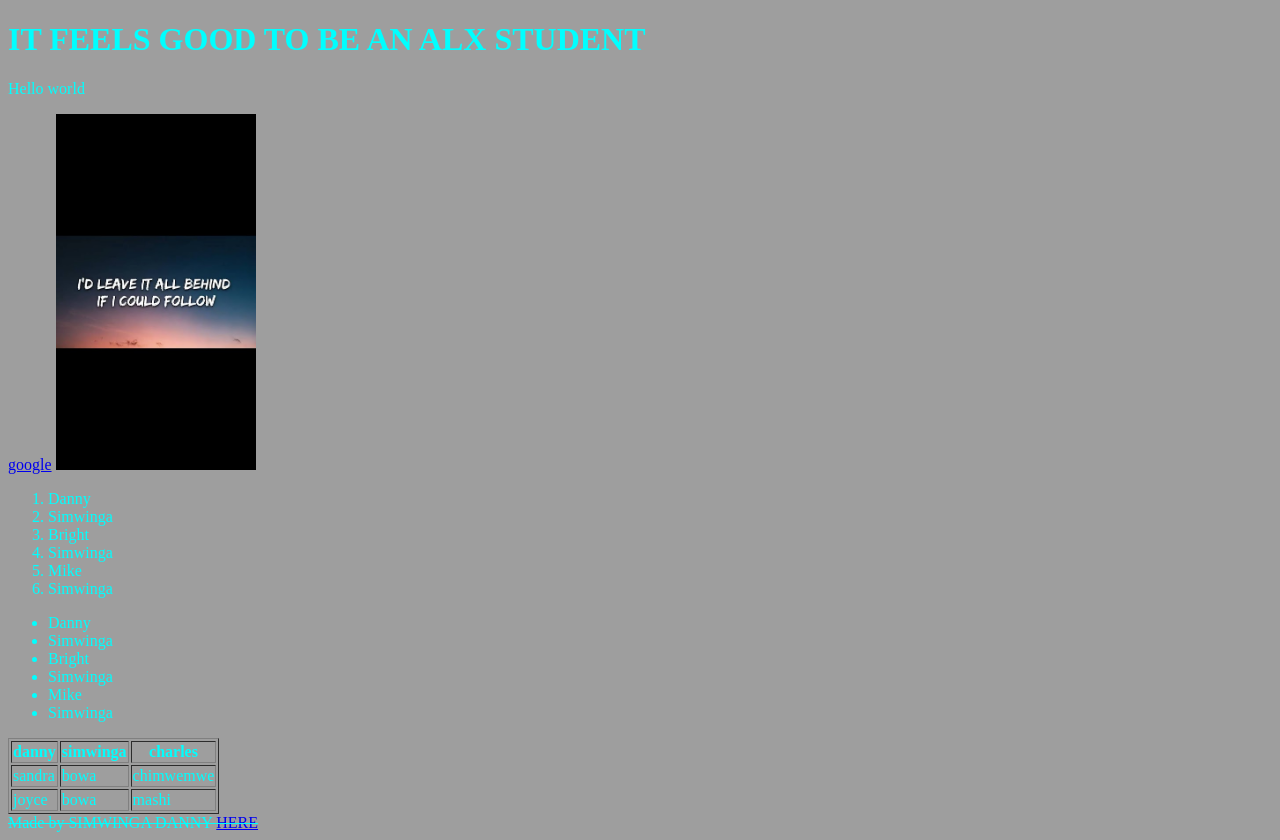
Repository: dannysimw/alx_tools_intro
Page: html/index.html
An editor plug-in stored every save of this project. The page is shown before and after the next save, followed by the edit.
The browser window is 1280 px wide. The pictures show the whole page.

Above is the page before, as saved 2023-07-01 23:38:32.

After the next save:
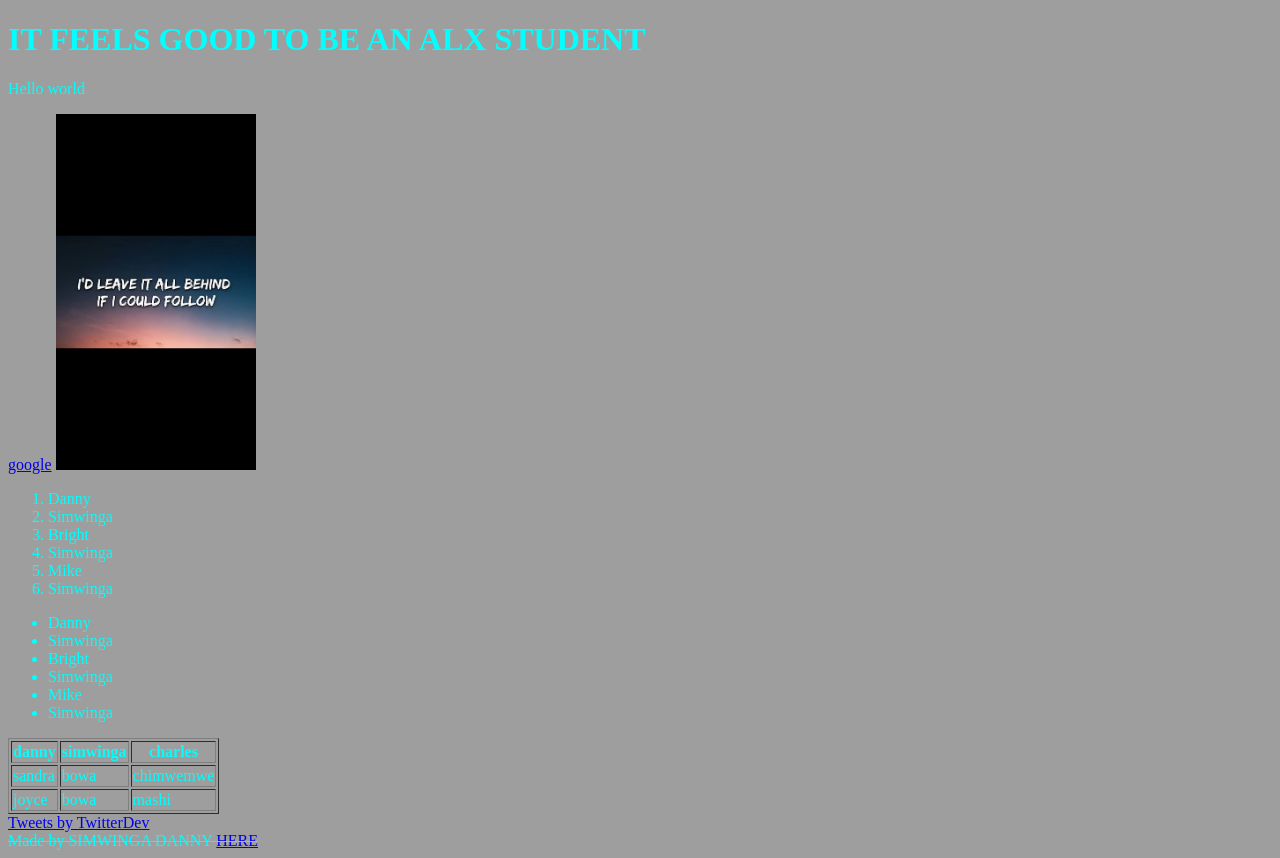
Saved 14 min 41 s later.
--- a/html/index.html
+++ b/html/index.html
@@ -44,6 +44,7 @@
             <td>mashi</td>
         </tr>
     </table>
+    <a class="twitter-timeline" href="https://twitter.com/TwitterDev?ref_src=twsrc%5Etfw">Tweets by TwitterDev</a> <script async src="https://platform.twitter.com/widgets.js" charset="utf-8"></script>
     <footer><STrike>Made by SIMWINGA DANNY <a href="#" target="_blank">HERE</a></STrike></footer>
 </body>
 </html>
